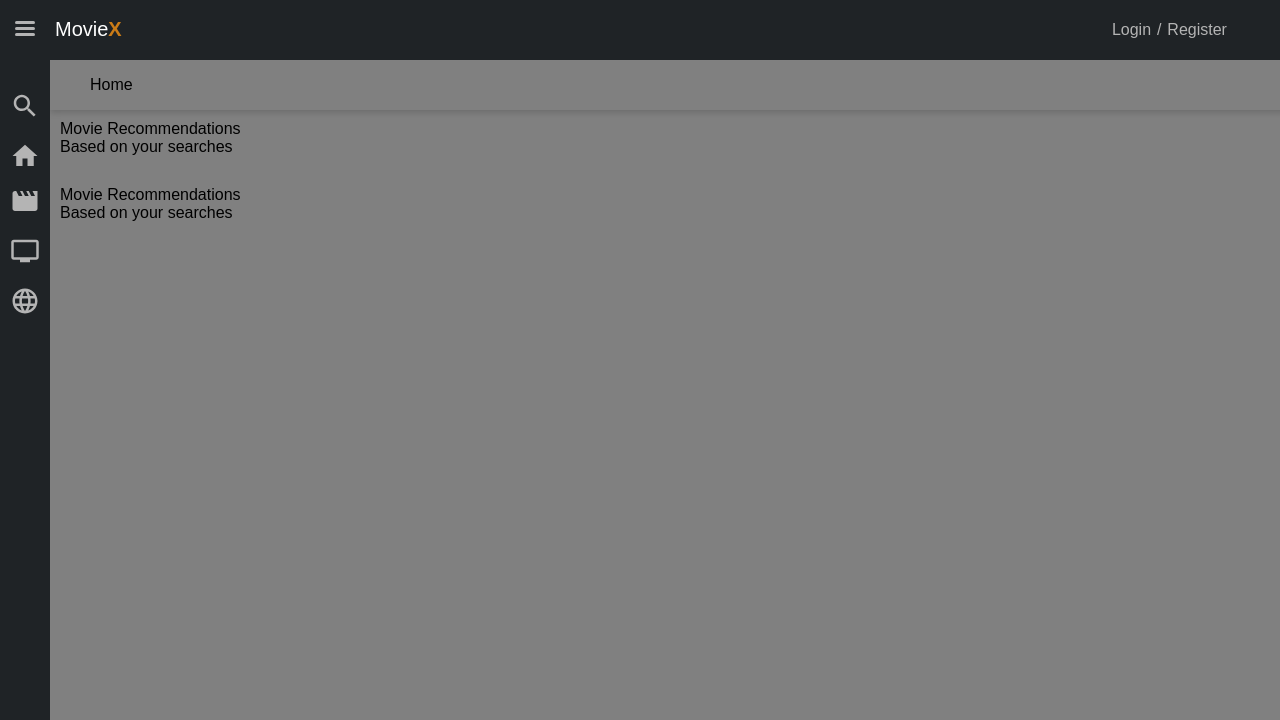
Repository: Amad-Mlinka/MovieTVBrowserNext
Page: /
These files come from the project's save history. The page is drawn as it stood at one moment and after a run of saves; the edit follows.
The browser window is 1280 px wide. The pictures show the whole page.
The project was rebuilt for these pictures with package versions that can differ from the ones it lists, and the page was loaded fresh each time. The framework's server and built-in components were replaced by stand-ins that run in the browser. Also part of the build but not shown: next.config.js, styles/Media.module.scss.

Above is the page before, as saved 2021-08-06 22:50:41.

After the next 2 saves:
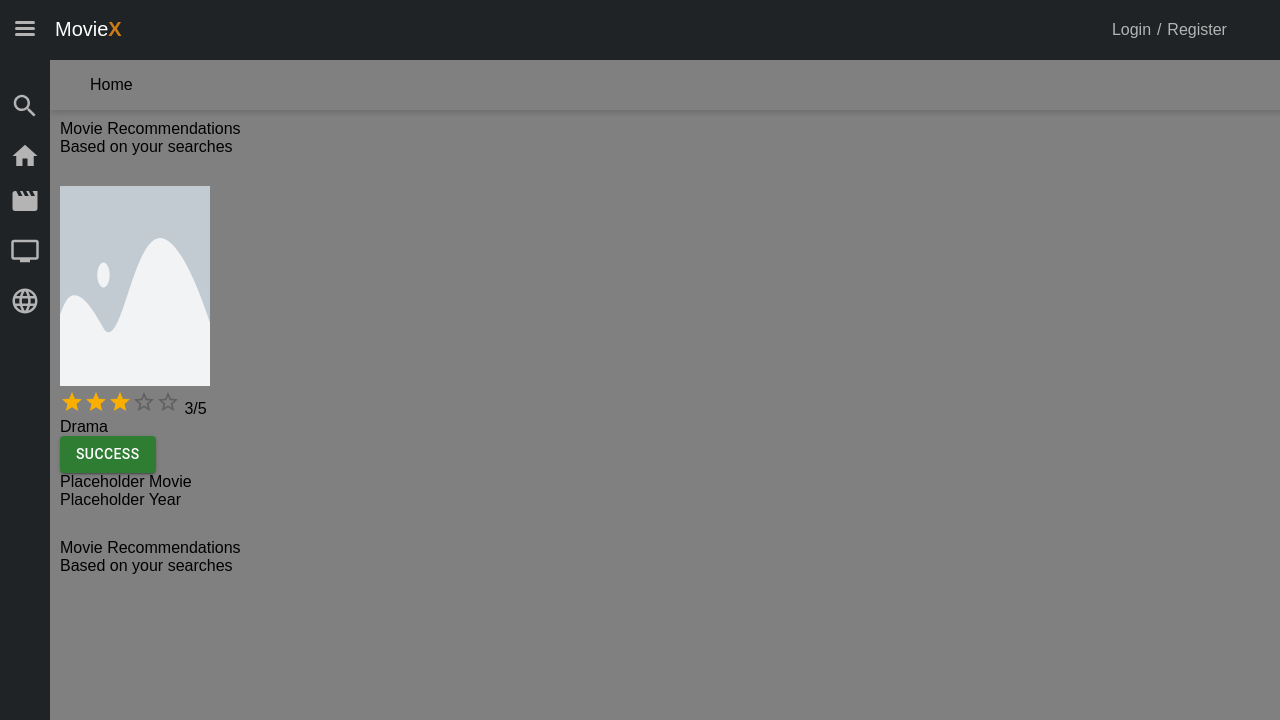
The 2 saves are shown as one change because 1 did not build or start.
The last was saved 66 s later.
--- a/pages/index.js
+++ b/pages/index.js
@@ -1,6 +1,7 @@
 import Head from 'next/head'
 
 import homeStyles from '../styles/Home.module.scss'
+import Media from "../components/media/Media"
 
 
 
@@ -23,7 +24,7 @@ export default function Home() {
             <span>Based on your searches</span>
           </div>
           <div className={homeStyles.mediaList}>
-
+            <Media/>
           </div>
         </div>
         <div className="tvRecommendations">
